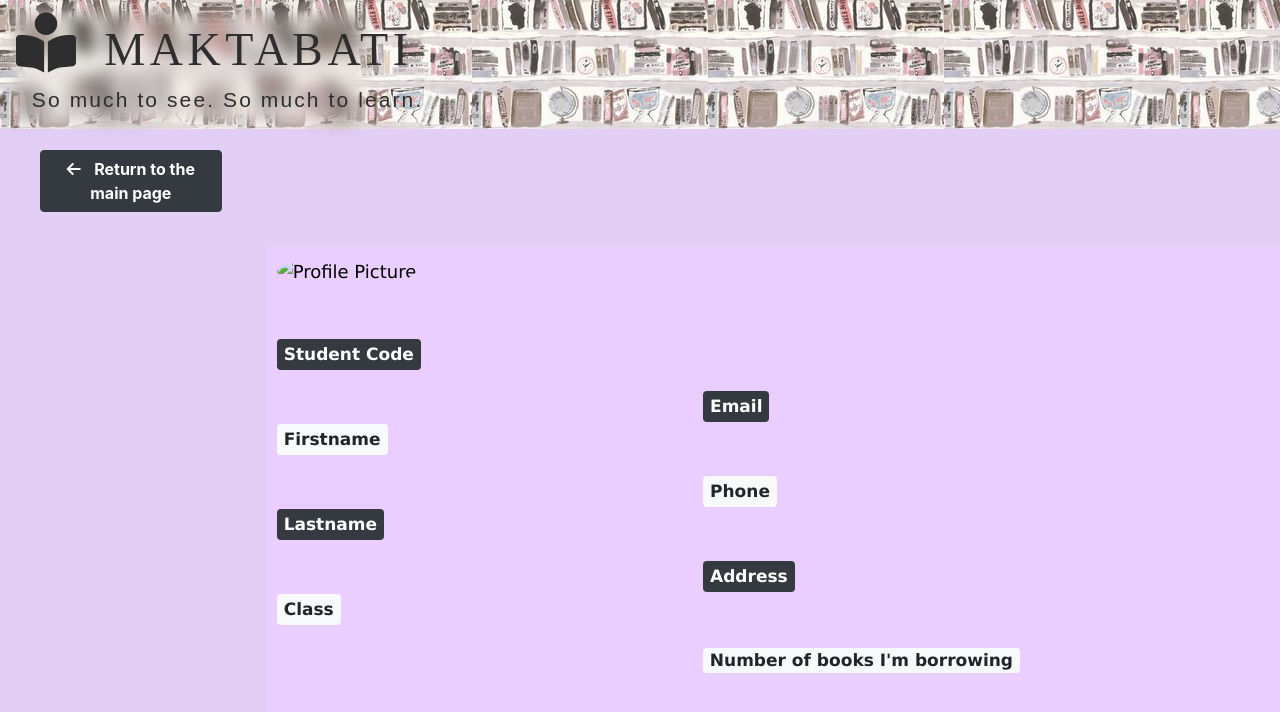
Repository: Hajar-Serrad/MAKTABATI
Page: resources/views/profile.blade.php
The author's editor kept a copy of each file at every save. The page is drawn from the files as they stood at one save, then again after the next save.
The browser window is 1280 px wide. The pictures show the whole page.
An inner scrolling area shows only its first screen. Some web fonts or font styles are not loaded; a fallback is used. Some web libraries are served in a nearby version. The page is served by the project's Laravel application, run on PHP 8.4 with Laravel 8. The template is opened directly, without the code that normally fills it, so the values that code supplies are empty.

Above is the page before, as saved 2020-12-28 22:30:33.

After the next save:
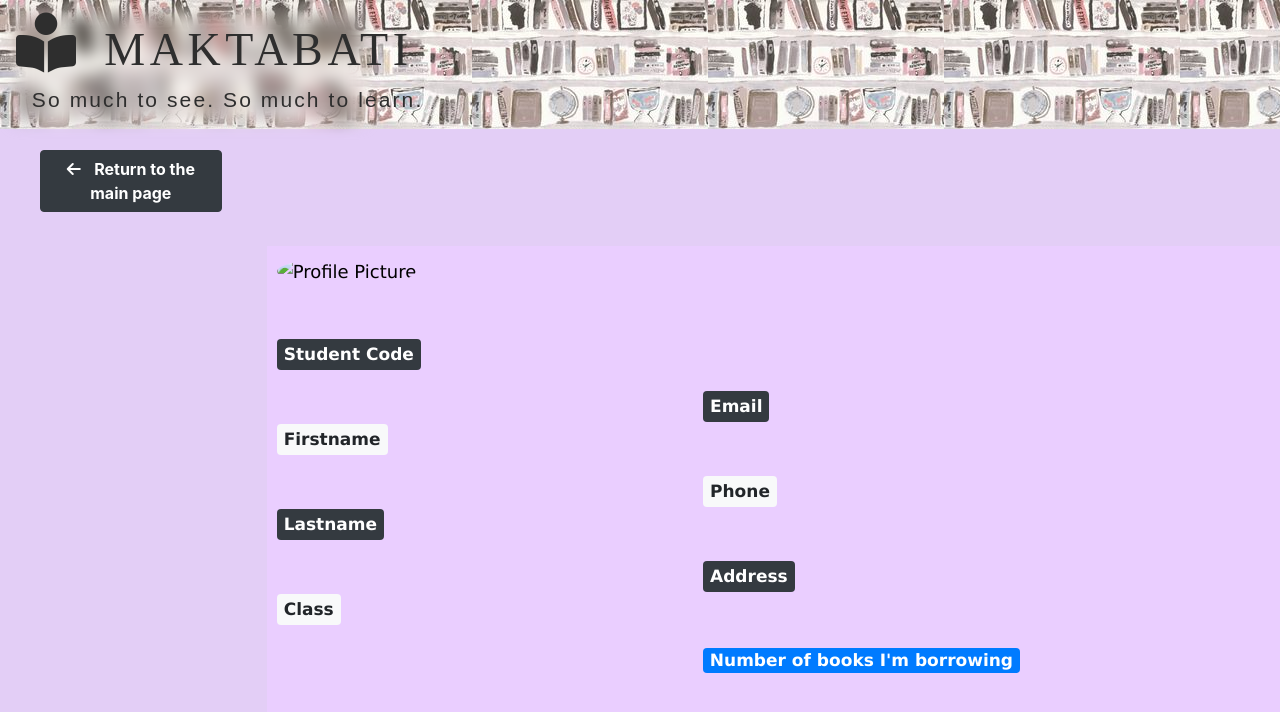
Saved 19 min 25 s later.
--- a/resources/views/profile.blade.php
+++ b/resources/views/profile.blade.php
@@ -81,13 +81,13 @@
                  <br> <br>
                  <div class="row">
 
-                   <span class="col-sm-6"><span class="badge badge-light" style="rgb(209, 171, 219);
+                   <span class="col-sm-6"><span class="badge badge-primary" style="rgb(209, 171, 219);
                    .padding: 7px; font-size:17px;">Number of books I'm borrowing</span></span>
                    <span class="col-sm-2" data-toggle="modal" data-target="#Modal">{{ $array['n1'] }}</span>
                      <!-- MODAL -->
-                     <div class="modal fade" id="Modal" tabindex="-1"  >
+                     <div class="modal fade" id="Modal" tabindex="-1" aria-labelledby="ModalLabel" aria-hidden="true" style="font-family: 'Bahnschrift Condensed'; font-size: 23px; background-color:thistle;">
                       <div class="modal-dialog modal-lg">
-                          <div class="modal-content" style="font-family: 'Bahnschrift Condensed'; font-size: 21px; background-color: whitesmoke;">
+                          <div class="modal-content" style="background-color: #1B0A2A; color: whitesmoke;">
                             <div class="modal-header">
                               <span class="badge badge-dark" style="font-size:28px; letter-spacing:1ex; margin-left:120px;"> Books I'm borrowing </span>
                             </div>

After the save that followed:
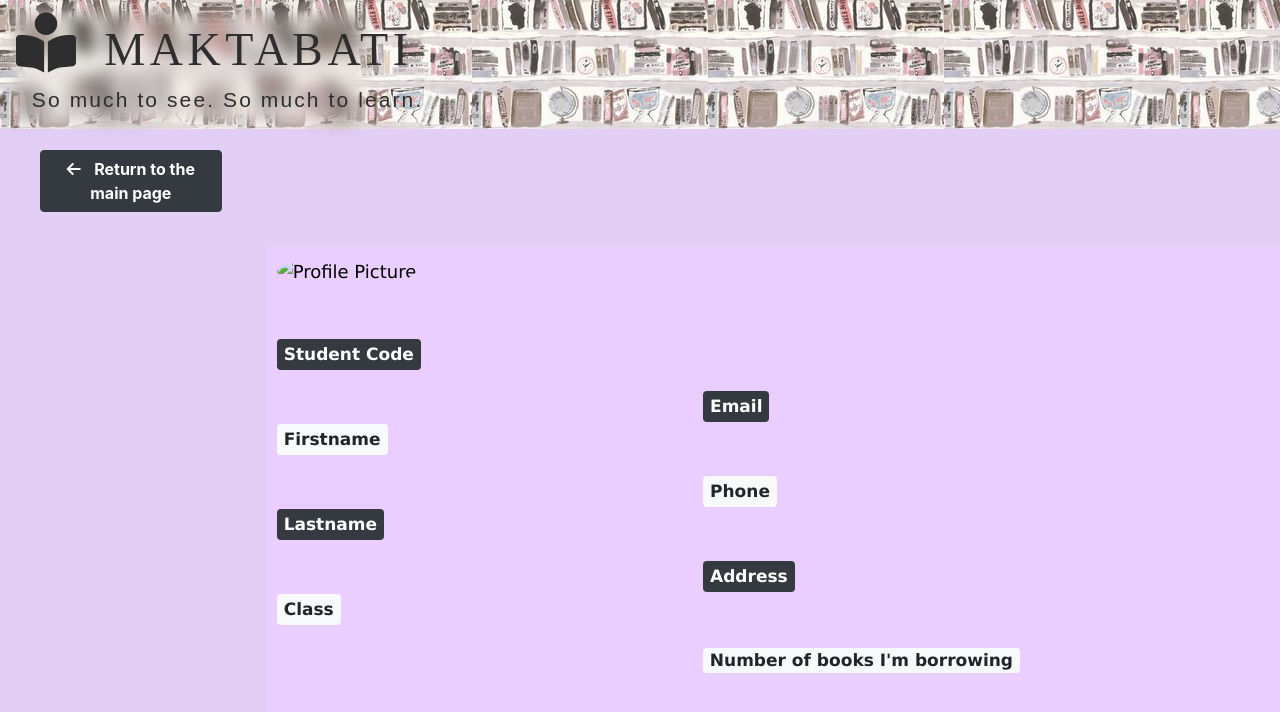
Saved 36 s later.
--- a/resources/views/profile.blade.php
+++ b/resources/views/profile.blade.php
@@ -81,7 +81,7 @@
                  <br> <br>
                  <div class="row">
 
-                   <span class="col-sm-6"><span class="badge badge-primary" style="rgb(209, 171, 219);
+                   <span class="col-sm-6"><span class="badge badge-light" style="rgb(209, 171, 219);
                    .padding: 7px; font-size:17px;">Number of books I'm borrowing</span></span>
                    <span class="col-sm-2" data-toggle="modal" data-target="#Modal">{{ $array['n1'] }}</span>
                      <!-- MODAL -->
@@ -89,7 +89,7 @@
                       <div class="modal-dialog modal-lg">
                           <div class="modal-content" style="background-color: #1B0A2A; color: whitesmoke;">
                             <div class="modal-header">
-                              <span class="badge badge-dark" style="font-size:28px; letter-spacing:1ex; margin-left:120px;"> Books I'm borrowing </span>
+                              <span class="badge badge-primary" style="font-size:28px; letter-spacing:1ex; margin-left:120px;"> Books I'm borrowing </span>
                             </div>
                               <div class="modal-body">
 
